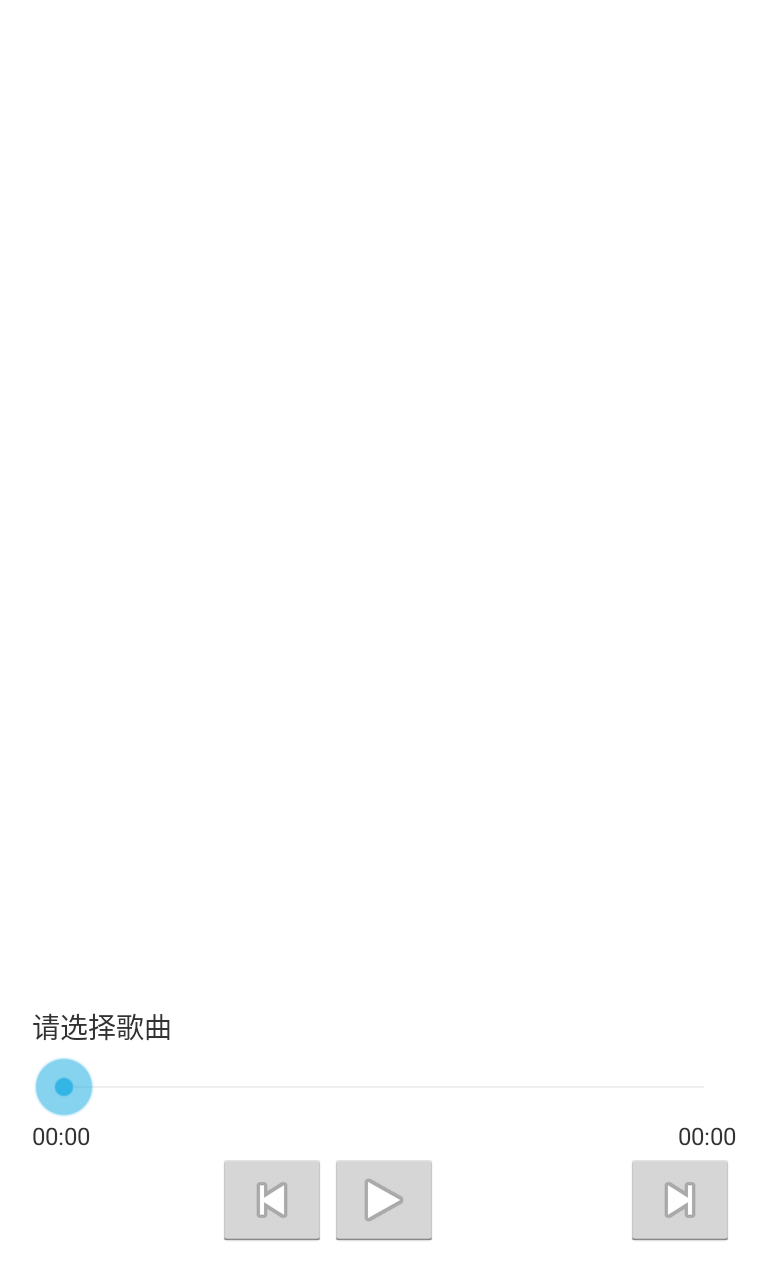
Repository: xuelang201201/Android
Layout: Android基础/音乐播放器v3.0/res/layout/activity_main.xml
An editor plug-in stored every save of this project. The layout is shown before and after the next save, followed by the edit.
It is drawn on a 768 x 1280 px phone screen (xhdpi) without system bars, with theme AppTheme; the app's code is not run. Lists and similar views that code fills are empty.

Above is the layout before, as saved 2016-02-16 07:43:51.

### Android基础/音乐播放器v3.0/res/layout/activity_main.xml
<RelativeLayout xmlns:android="http://schemas.android.com/apk/res/android"
    xmlns:tools="http://schemas.android.com/tools"
    android:layout_width="match_parent"
    android:layout_height="match_parent"
    android:paddingBottom="@dimen/activity_vertical_margin"
    android:paddingLeft="@dimen/activity_horizontal_margin"
    android:paddingRight="@dimen/activity_horizontal_margin"
    android:paddingTop="@dimen/activity_vertical_margin"
    tools:context=".MainActivity" >

   <ListView
       android:id="@+id/lv_musics"
       android:layout_width="match_parent"
       android:layout_height="wrap_content"
       android:layout_alignParentTop="true"
       android:layout_above="@+id/rl_player_info" />

   <RelativeLayout
       android:id="@+id/rl_player_info"
       android:layout_width="match_parent"
       android:layout_height="wrap_content"
       android:layout_above="@+id/rl_buttons" >

       <TextView
           android:id="@+id/tv_music_title"
           android:layout_width="match_parent"
           android:layout_height="wrap_content"
           android:text="请选择歌曲"
           android:paddingBottom="4dp"
           android:paddingTop="8dp"
           android:singleLine="true" />

       <SeekBar
           android:id="@+id/sb_music_progress"
           android:layout_width="match_parent"
           android:layout_height="wrap_content"
           android:layout_below="@+id/tv_music_title"
           android:max="100" />

       <TextView
           android:id="@+id/tv_music_current_position"
           android:layout_width="wrap_content"
           android:layout_height="wrap_content"
           android:layout_alignParentLeft="true"
           android:layout_below="@+id/sb_music_progress"
           android:text="00:00"
           android:textSize="12sp" />

       <TextView
           android:id="@+id/tv_music_current_duration"
           android:layout_width="wrap_content"
           android:layout_height="wrap_content"
           android:layout_alignParentRight="true"
           android:layout_below="@+id/sb_music_progress"
           android:text="00:00"
           android:textSize="12sp" />

   </RelativeLayout>

   <RelativeLayout
       android:id="@+id/rl_buttons"
       android:layout_width="match_parent"
       android:layout_height="wrap_content"
       android:layout_alignParentBottom="true" >

       <ImageButton
           android:id="@+id/ib_music_play_or_pause"
           android:layout_width="wrap_content"
           android:layout_height="wrap_content"
           android:layout_centerHorizontal="true"
           android:contentDescription="@null"
           android:src="@android:drawable/ic_media_play" />

       <ImageButton
           android:id="@+id/ib_music_previous"
           android:layout_width="wrap_content"
           android:layout_height="wrap_content"
           android:layout_alignTop="@+id/ib_music_play_or_pause"
           android:layout_toLeftOf="@+id/ib_music_play_or_pause"
           android:contentDescription="@null"
           android:src="@android:drawable/ic_media_previous" />

       <ImageButton
           android:id="@+id/ib_music_next"
           android:layout_width="wrap_content"
           android:layout_height="wrap_content"
           android:layout_alignParentRight="true"
           android:contentDescription="@null"
           android:src="@android:drawable/ic_media_next" />

   </RelativeLayout>

</RelativeLayout>

Loaded but not shown: Android基础/音乐播放器v3.0/res/values/styles.xml (common file); Android基础/音乐播放器v3.0/res/values-v11/styles.xml (common file); Android基础/音乐播放器v3.0/res/values-v14/styles.xml (common file); Android基础/音乐播放器v3.0/res/values/dimens.xml (common file)

After the next save:
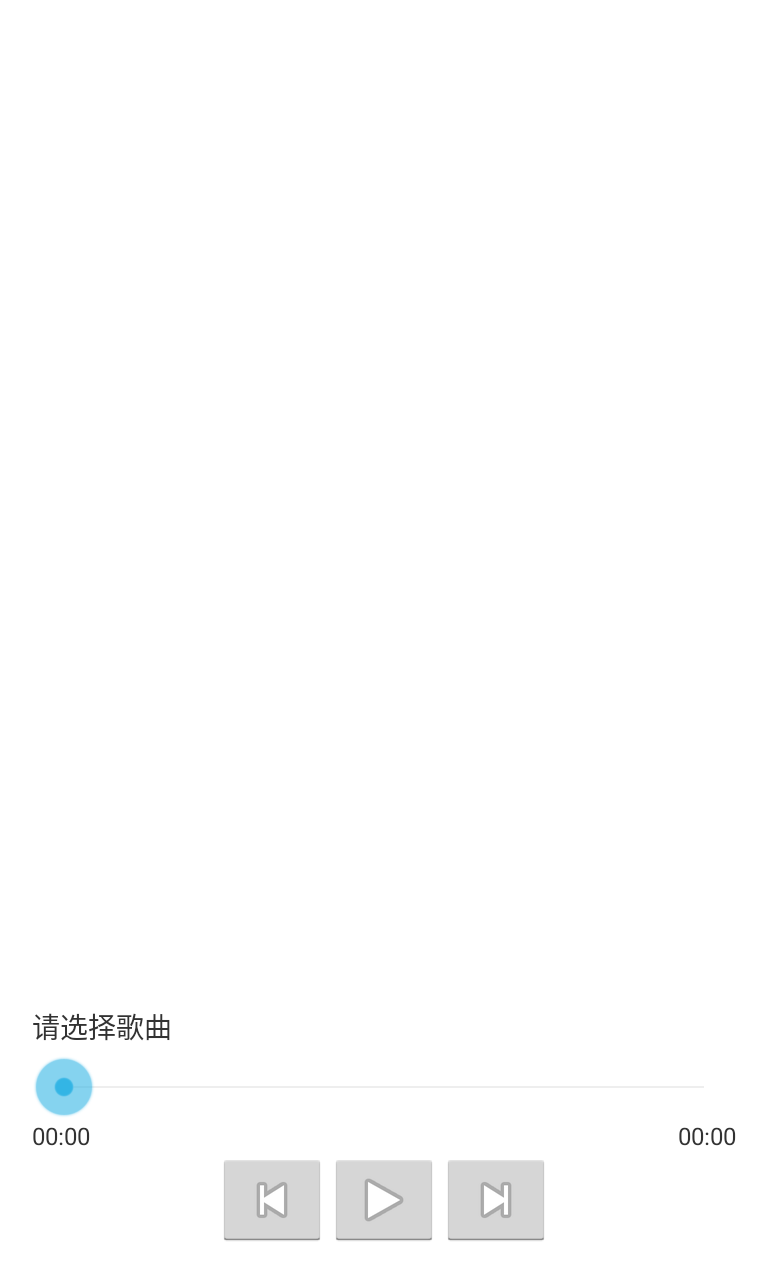
Saved 19 s later.
--- a/Android基础/音乐播放器v3.0/res/layout/activity_main.xml
+++ b/Android基础/音乐播放器v3.0/res/layout/activity_main.xml
@@ -84,7 +84,8 @@
            android:id="@+id/ib_music_next"
            android:layout_width="wrap_content"
            android:layout_height="wrap_content"
-           android:layout_alignParentRight="true"
+           android:layout_alignTop="@+id/ib_music_play_or_pause"
+           android:layout_toRightOf="@+id/ib_music_play_or_pause"
            android:contentDescription="@null"
            android:src="@android:drawable/ic_media_next" />
 
